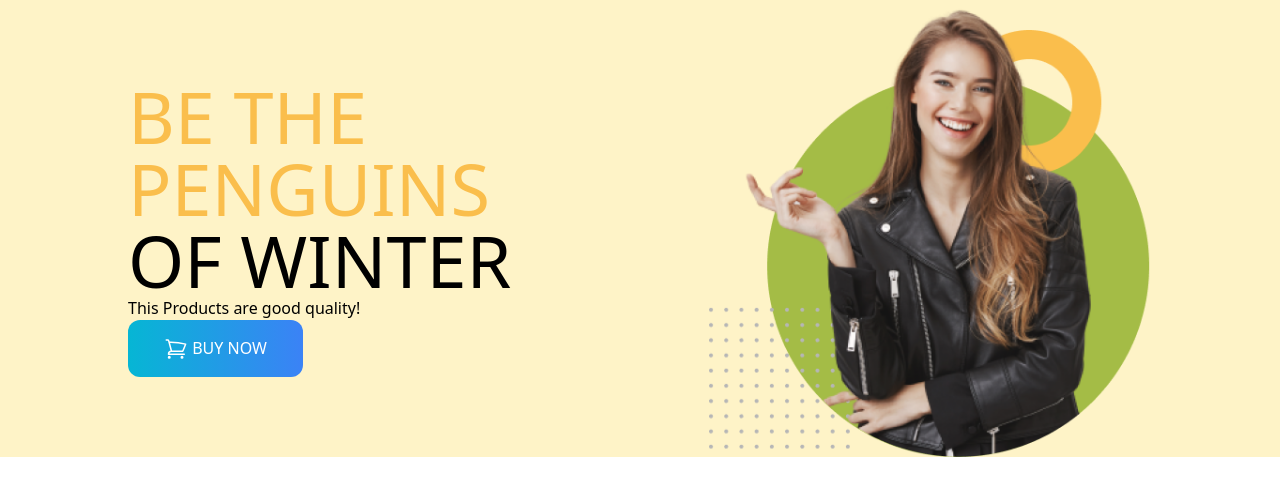
Repository: SyeadaSakina/Penguins-fashion
Page: index.html
The author's editor kept a copy of each file at every save. The page is drawn from the files as they stood at one save, then again after the next save.
The browser window is 1280 px wide. The pictures show the whole page.
Some web libraries are served in a nearby version.

Above is the page before, as saved 2023-07-22 00:06:27.

After the next save:
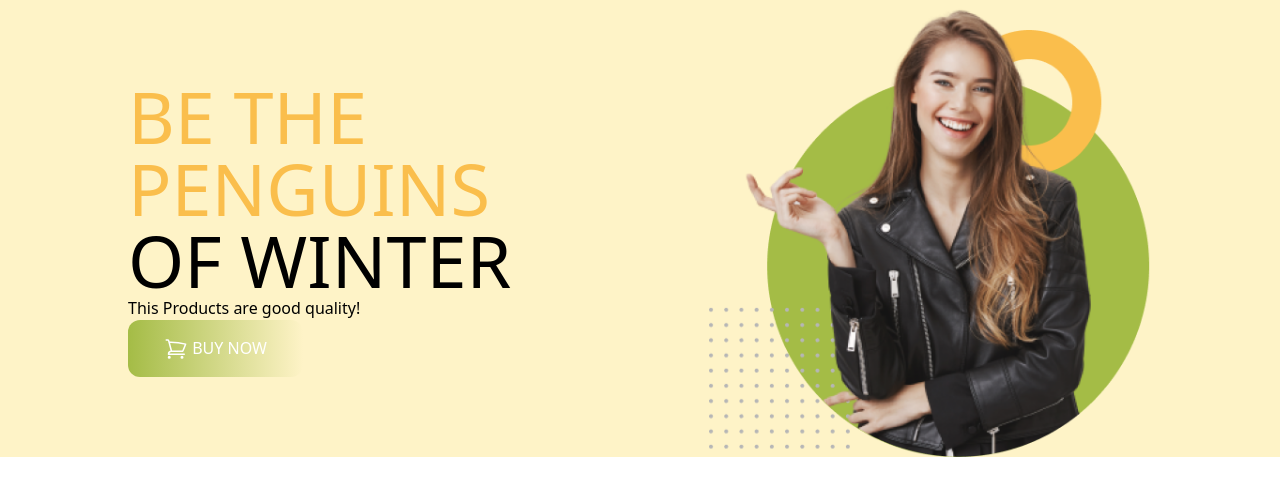
Saved 2 min 29 s later.
--- a/index.html
+++ b/index.html
@@ -25,7 +25,7 @@
                     This Products are good quality!
                 </p>
                 <button
-                    class="py-4 px-9 bg-gradient-to-r from-cyan-500 to-blue-500 rounded-xl uppercase text-white font-medium">
+                    class="py-4 px-9 bg-gradient-to-r from-[#A4BC46] to-#85A019 rounded-xl uppercase text-white font-medium">
                     <svg xmlns="http://www.w3.org/2000/svg" fill="none" viewBox="0 0 24 24" stroke-width="1.5"
                         stroke="currentColor" class="w-6 h-6 inline">
                         <path stroke-linecap="round" stroke-linejoin="round"
